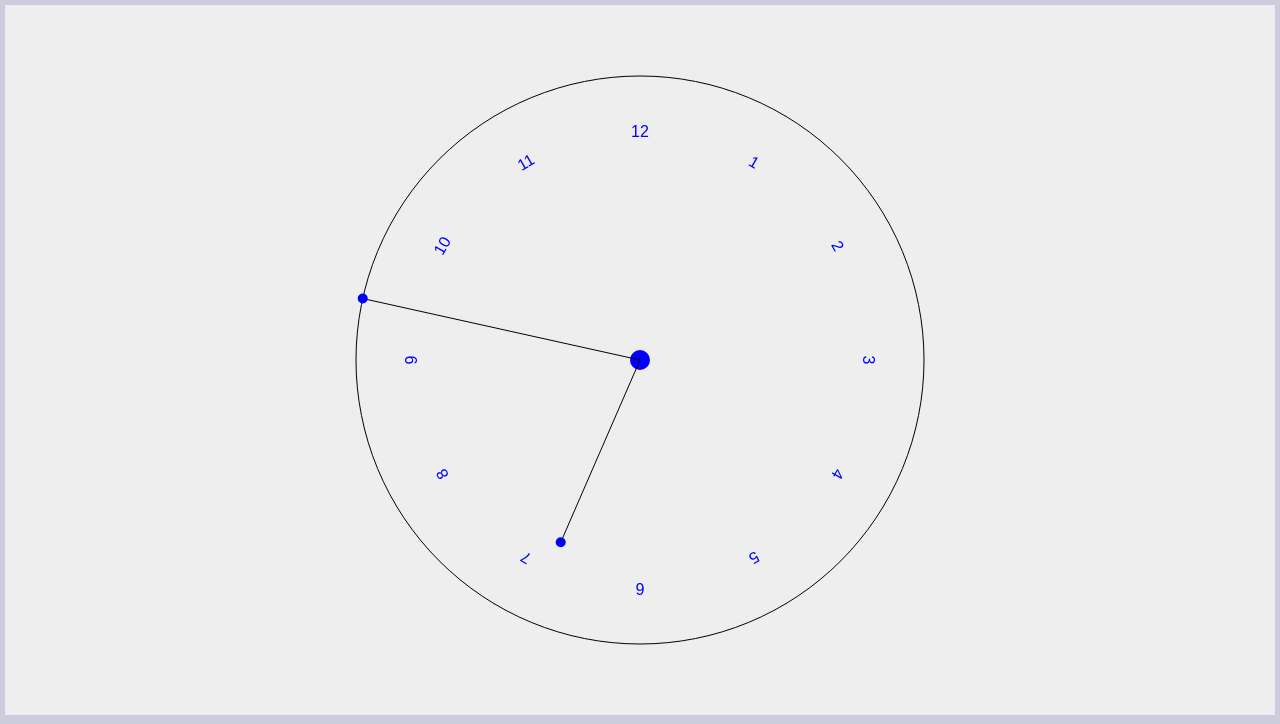
Repository: danielrcardenas/siggraph_examples
Page: workspace/GraphicsExample8/assets/www/index.html
An editor plug-in stored every save of this project. The page is shown before and after the next save, followed by the edit.
The browser window is 1280 px wide. The pictures show the whole page.

Above is the page before, as saved 2013-07-22 17:20:54.

After the next save:
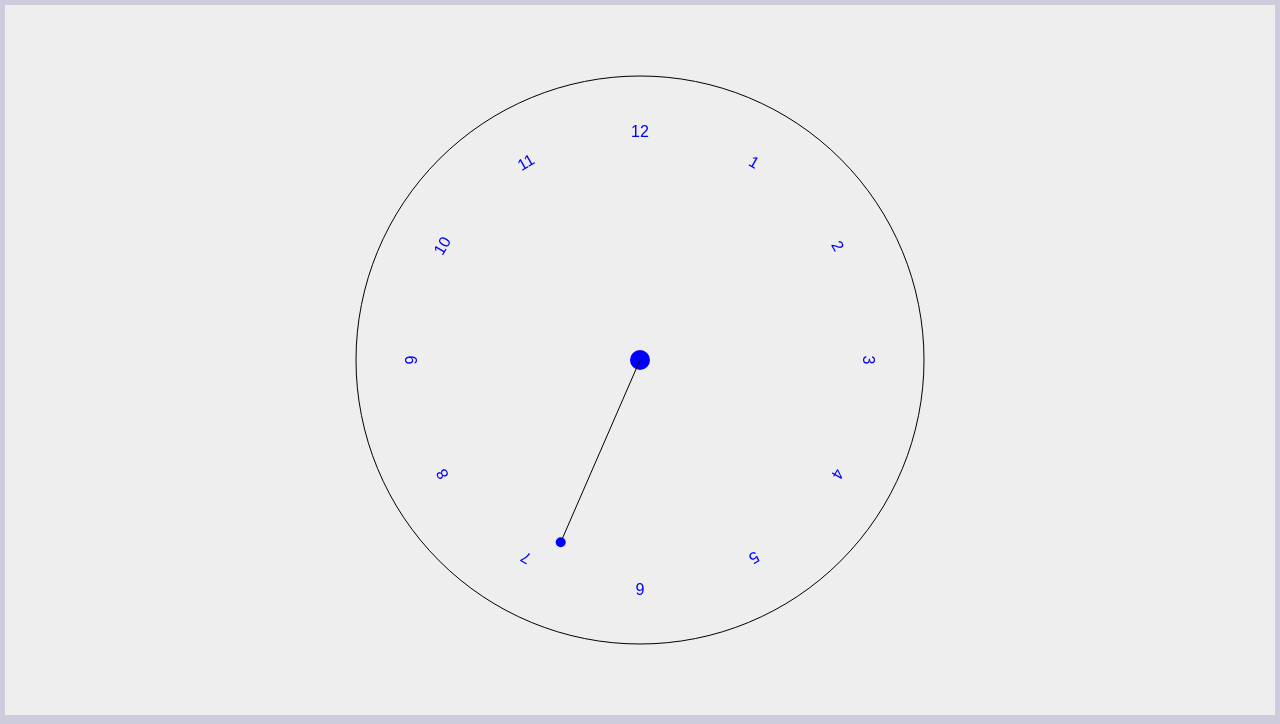
Saved 77 s later.
--- a/workspace/GraphicsExample8/assets/www/index.html
+++ b/workspace/GraphicsExample8/assets/www/index.html
@@ -62,7 +62,7 @@
 
 	function drawMinuteSecondHand (minsec, sec, x, y, radius)
 	{
-		var angle = ((minsec + sec/60)/ 60) * (2*Math.PI) - (Math.PI/2);
+		var angle = ((minsec )/ 60) * (2*Math.PI) - (Math.PI/2);
 		context.beginPath();
 		context.moveTo (x, y);
 		context.lineTo (x + radius * Math.cos (angle), y + radius * Math.sin (angle));
@@ -89,7 +89,7 @@
 		var date = new Date();
 		drawClockFace (centerX, centerY, circleRadius);
 		drawHourHand (date.getHours(), date.getMinutes(), centerX, centerY, circleRadius);
-		drawMinuteSecondHand (date.getMinutes(), date.getSeconds(), centerX, centerY, circleRadius);
+		drawMinuteSecondHand (date.getMinutes(), centerX, centerY, circleRadius);
 		drawMinuteSecondHand (date.getSeconds(), centerX, centerY, circleRadius);
 	}
 
